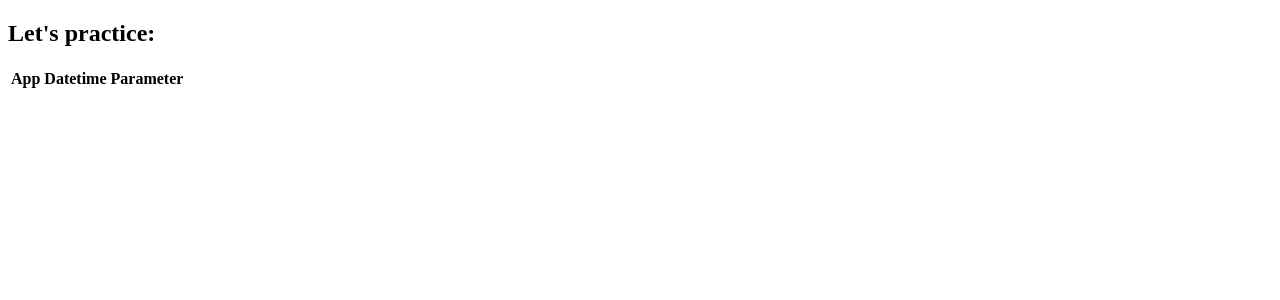
Repository: Carlson43/PlantsForFriends
Page: Tests/Datenverbindung/Aufgabe1.html
These files come from the project's save history. The page is drawn as it stood at one moment and after the next save; the edit follows.
The browser window is 1280 px wide. The pictures show the whole page.
The page's requests for data from a server got no answer. Some web libraries are served in a nearby version.

Above is the page before, as saved 2021-12-23 20:04:10.

### Tests/Datenverbindung/Aufgabe1.html
<!doctype html>
<html lang="en">
  <script src="http://ajax.googleapis.com/ajax/libs/jquery/2.0.2/jquery.min.js"></script>
  <head>
    <!-- Required meta tags -->
    <meta charset="utf-8">
    <meta name="viewport" content="width=device-width, initial-scale=1, shrink-to-fit=no">



  <h2>
      Let's practice:
  </h2>
  <table id="heroesTable">
    <thead>
      <th>App</th>
      <th>Datetime</th>
      <th>Parameter</th>
    </thead>
    <tbody id="AusgabeBody"></tbody>
  </table>

	<script>
	    $.getJSON('https://webtechlecture.appspot.com/cloudstore/listobjects?owner=s201655&token=dMinmYeldeDsBbu0iiEIPGTPws0_', function(data){
          console.log(data);
          $(data).each(function(i, hero){
            $('#AusgabeBody').append($("<tr>")
            .append($("<td>").append(hero.jsonstring.Name))
            .append($("<td>").append(hero.jsonstring.Nachname))
            .append($("<td>").append(hero.jsonstring.Pflanze)));
          });
	});
	</script>
  </body>
</html>

After the next save:
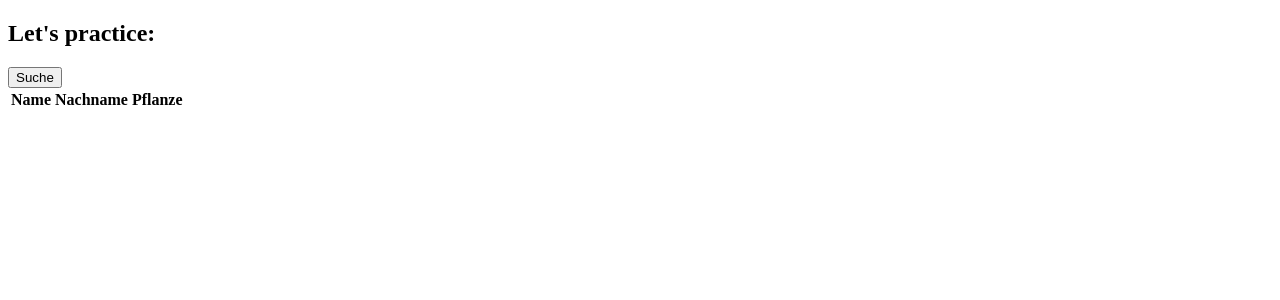
Saved 87 s later.
--- a/Tests/Datenverbindung/Aufgabe1.html
+++ b/Tests/Datenverbindung/Aufgabe1.html
@@ -11,17 +11,21 @@
   <h2>
       Let's practice:
   </h2>
+  <div><button onclick= "addTable();">Suche</button></div>
+
   <table id="heroesTable">
     <thead>
-      <th>App</th>
-      <th>Datetime</th>
-      <th>Parameter</th>
+      <th>Name</th>
+      <th>Nachname</th>
+      <th>Pflanze</th>
     </thead>
     <tbody id="AusgabeBody"></tbody>
   </table>
 
 	<script>
-	    $.getJSON('https://webtechlecture.appspot.com/cloudstore/listobjects?owner=s201655&token=dMinmYeldeDsBbu0iiEIPGTPws0_', function(data){
+	    function addTable()
+      {
+        $.getJSON('https://webtechlecture.appspot.com/cloudstore/listobjects?owner=s201655&token=dMinmYeldeDsBbu0iiEIPGTPws0_', function(data){
           console.log(data);
           $(data).each(function(i, hero){
             $('#AusgabeBody').append($("<tr>")
@@ -29,7 +33,10 @@
             .append($("<td>").append(hero.jsonstring.Nachname))
             .append($("<td>").append(hero.jsonstring.Pflanze)));
           });
-	});
+	      });
+      }
+
+
 	</script>
   </body>
 </html>
